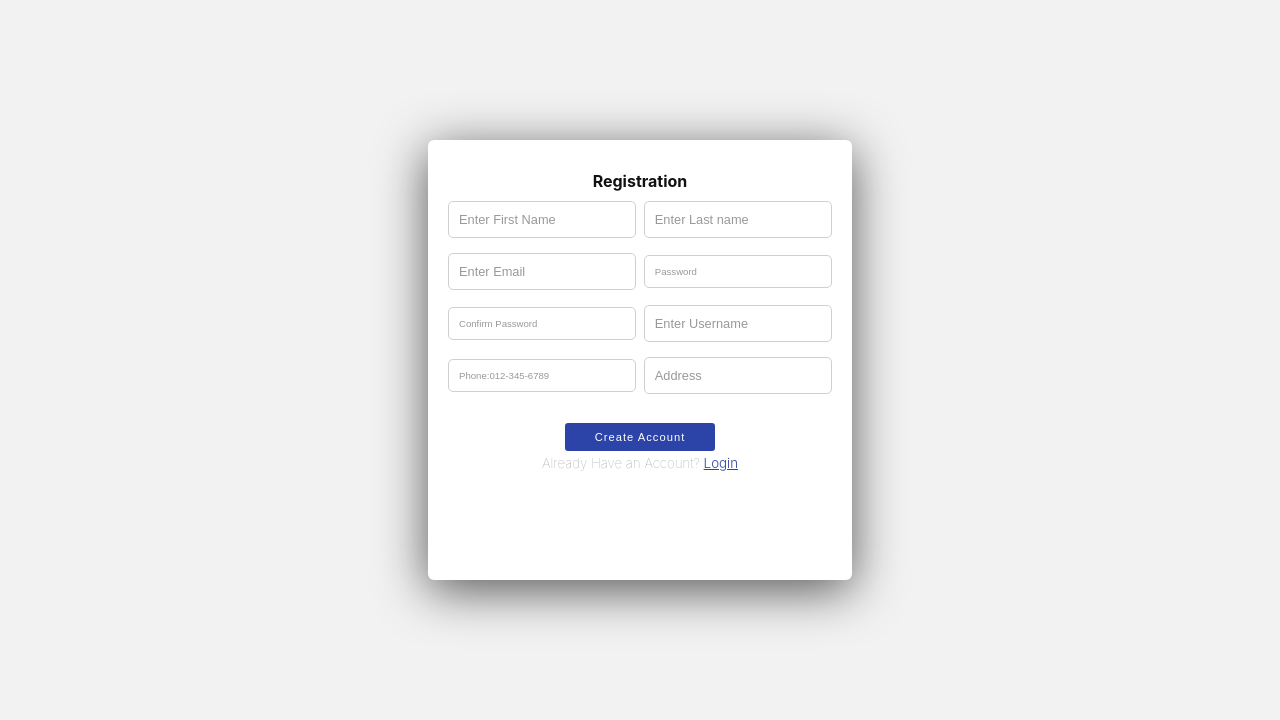
Repository: Fortune-Labs/Event-management-system-CapstoneG3
Page: /register (app in frontend/)
These files come from the project's save history. The page is drawn as it stood at one moment and after the next save; the edit follows.
The browser window is 1280 px wide. The pictures show the whole page.
The project was rebuilt for these pictures with package versions that can differ from the ones it lists, and the page was loaded fresh each time. Also part of the build but not shown: frontend/src/components/LoginSignup/errorMessages.js, frontend/src/components/LoginSignup/login.jsx, frontend/src/components/LoginSignup/verificationCode.jsx, frontend/src/components/LoginSignup/passwordReset.jsx, frontend/src/components/Home/style.css, frontend/src/components/Home/home.jsx, frontend/src/components/Events/initial.jsx.

Above is the page before, as saved 2020-09-19 03:09:04.

### frontend/src/App.js
import React from "react";
import "./App.css";
import Register from "./components/LoginSignup/register";
import Login from "./components/LoginSignup/login";
import PasswordReset from "./components/LoginSignup/passwordReset";
import { BrowserRouter, Switch, Route } from "react-router-dom";
import Home from "./components/Home/home";
import Initial from "./components/Events/initial";
// import user from "./components/Dashboard/user";

function App() {
  return (
    <div className="App">
      <BrowserRouter>
        <Switch>
          <Route exact path="/" name="Home" component={Home} />
          <Route exact path="/login" name="Login Page" component={Login} />
          <Route exact path="/passwordReset" component={PasswordReset} />
          <Route
            exact
            path="/register"
            name="Register Page"
            component={Register}
          />
          <Route exact path="/initial" component={Initial} />
        </Switch>
      </BrowserRouter>
    </div>
  );
}
export default App;

### frontend/src/components/LoginSignup/register.jsx
import React, { useRef, Component } from "react";
import { useForm } from "react-hook-form";
import "./style.css";
import ErrorMessage from "./errorMessages";
import { Link, useHistory } from "react-router-dom";

//Regular expression that holds email validation of form example@thismail.com
const emailRegex = RegExp(
  /^[a-zA-Z0-9.!#$%&’*+/=?^_`{|}~-]+@[a-zA-Z0-9-]+(?:\.[a-zA-Z0-9-]+)*$/
);
//Regular expression that holds phone number validation of form (000-000-0000)
const phoneRegex = RegExp(/^\(?([0-9]{3})\)?[-. ]?([0-9]{3})[-. ]?([0-9]{4})$/);

const UseFormFuction = () => {
  const { register, handleSubmit, errors, watch } = useForm();
  const password = useRef({});
  password.current = watch("password", "");
  const history = useHistory();

  const onSubmit = async (formData) => {
    console.log(formData);

    let url = "http://127.0.0.1:8000/api/register/";
    fetch(url, {
      method: "POST",
      headers: {
        "Content-type": "application/json",
      },
      body: JSON.stringify(formData),
    })
      .then((response) => response.json())
      .then((data) => {
        console.log("Registered Sucessfully", data);
        history.push("/initial");
      })
      .catch((error) => {
        console.error("Error:", error);
      });
  };

  return (
    <div className="wrapper">
      <div className="form-wrapper">
        <form onSubmit={handleSubmit(onSubmit)} className="register-form">
          <h1 className="register-header">Registration</h1>
          <div className="firstName">
            <input
              type="text"
              name="firstName"
              ref={register({ required: true, minLength: 3 })}
              placeholder="Enter First Name"
            />
            <ErrorMessage error={errors.firstName} />
          </div>
          <div className="lastName">
            <input
              type="text"
              name="lastName"
              ref={register({ required: true, minLength: 3 })}
              placeholder="Enter Last name"
            />
            <ErrorMessage error={errors.lastName} />
          </div>
          <div className="email">
            <input
              type="text"
              name="email"
              ref={register({
                required: true,
                pattern: {
                  value: emailRegex,
                  message: "invalid email address",
                },
              })}
              placeholder="Enter Email"
            />
            <ErrorMessage error={errors.email} />
          </div>
          <div className="password">
            <input
              type="password"
              name="password"
              placeholder="Password"
              ref={register({ required: true, maxLength: 8 })}
            />
            <ErrorMessage error={errors.password} />
          </div>
          <div className="cpassword">
            <input
              type="password"
              name="cpassword"
              ref={register({
                required: true,
                validate: (value) =>
                  value === password.current || "Passwords do not match.",
              })}
              placeholder="Confirm Password"
            />
            <ErrorMessage error={errors.cpassword} />
          </div>
          <div className="username">
            <input
              type="text"
              name="username"
              ref={register({ required: true, minLength: 3 })}
              placeholder="Enter Username"
            />
            <ErrorMessage error={errors.username} />
          </div>

          <div className="phone">
            <input
              type="tel"
              name="phone"
              placeholder="Phone:012-345-6789"
              ref={register({
                required: true,
                pattern: {
                  value: phoneRegex,
                  message: "invalid phone",
                },
              })}
            />
            <ErrorMessage error={errors.phone} />
          </div>
          <div className="address">
            <input
              type="text"
              name="address"
              ref={register({ required: true, maxLength: 20 })}
              placeholder="Address"
            />
            <ErrorMessage error={errors.address} />
          </div>

          <div className="register action-counter">
            <button type="submit" className="btn1">
              Create Account
            </button>
            <small>
              Already Have an Account? <Link to="Login">Login</Link>
            </small>
          </div>
        </form>
      </div>
    </div>
  );
};
//Components register
class Register extends Component {
  render() {
    return (
      <div>
        <UseFormFuction />
      </div>
    );
  }
}

export default Register;

### frontend/src/components/LoginSignup/style.css
.wrapper {
  height: 100vh;
  width: 100%;
  display: flex;
  flex-direction: column;
  justify-content: center;
  align-items: center;
  background-color: #f2f2f2;
  margin: 0;
}

.form-wrapper {
  min-height: 25rem;
  width: 30%;
  display: flex;
  flex-direction: column;
  padding: 20px;
  border-radius: 6px;
  box-shadow: 0px 10px 50px #555;
  background-color: #ffffff;
}

.register-header {
  text-align: center;
  width: 100%;
  color: #111;
  font-size: 16px;
  font-weight: bold;
  font-family: -apple-system, BlinkMacSystemFont, "Segoe UI", Roboto, Oxygen,
    Ubuntu, Cantarell, "Open Sans", "Helvetica Neue", sans-serif;
}

.register-form {
  width: 100%;
  display: flex;
  flex-wrap: wrap;
  align-items: center;
  justify-content: center;
}

label {
  font-size: 16px;
  margin-bottom: 0.09em;
  color: #222;
  font-weight: 12px;
  text-align: left;
}

input[type="text"],
select {
  padding: 10px 10px;
  border-radius: 5px;
  outline: none;
  border: 1px solid #cfcfcf;
  font-size: 0.8em;
}
input[type="password"] {
  padding: 10px 10px;
  border-radius: 5px;
  outline: none;
  border: 1px solid #cfcfcf;
  font-size: 0.6em;
}

input[type="tel"] {
  padding: 10px 10px;
  border-radius: 5px;
  outline: none;
  border: 1px solid #cfcfcf;
  font-size: 0.6em;
}
input::placeholder {
  font-size: 1em;
  font-weight: lighter;
  color: #999;
}

.firstName,
.email,
.cpassword,
.phone {
  margin-right: 1%;
}

.lastName,
.password,
.address,
.username {
  margin-left: 1%;
}

.firstName,
.lastName,
.email,
.password,
.cpassword,
.phone,
.address,
.username {
  display: flex;
  flex-direction: column;
  margin-bottom: 15px;
}

.firstName,
.lastName,
.email,
.password,
.cpassword,
.address,
.phone,
.username {
  width: 49%;
}

.register {
  width: 100%;
  display: flex;
  flex-direction: column;
  align-items: center;
}

.register button {
  background-color: #2c43a8;
  color: #fff;
  border: 2px solid #fff;
  border-radius: 5px;
  width: 40%;
  margin-top: 1em;
  padding: 8px 0px;
  font-size: 0.7em;
  font-weight: lighter;
  letter-spacing: 1px;
  margin-bottom: 0.25em;
  text-align: center;
}

.register button:hover {
  color: #519e8a;
  background-color: #fff;
  border: 2px solid #519e8a;
}

.register small {
  color: #999;
  font-weight: lighter;
}
/* Login style */

.login-wrapper {
  background-image: url("../Images/login-background.jpg");
  height: 100vh;
  width: 100%;
  display: flex;
  flex-direction: column;
  justify-content: center;
  align-items: center;
  background-size: cover;
  background-position: center;
  background-repeat: no-repeat;
  background-color: #f2f2f2;
  margin: 0;
  position: relative;
}

.login-form-wrapper {
  height: 60%;
  width: 50%;
  display: flex;
  position: absolute;
  right: 10%;
  margin-right: -25;
  top: 20%;
  margin-top: -25;
  overflow: hidden;
  flex-direction: column;
  padding: 20px;
  border-radius: 6px;
  box-shadow: 0px 10px 50px #555;
  background-color: #ffffff;
}

.login-header {
  text-align: center;
  width: 100%;
  color: #111;
  font-size: 20px;
  font-weight: bold;
  margin-top: 6%;
  font-family: -apple-system, BlinkMacSystemFont, "Segoe UI", Roboto, Oxygen,
    Ubuntu, Cantarell, "Open Sans", "Helvetica Neue", sans-serif;
}

.login-form-wrapper input {
  padding: 10px 10px;
  border-radius: 5px;
  outline: none;
  border: 1px solid #cfcfcf;
  font-size: 1em;
}

.login-form-wrapper input::placeholder {
  font-size: 1em;
  font-weight: lighter;
  color: #999;
}
.login-form {
  width: 100%;
  display: flex;
  flex-direction: column;
  align-items: center;
  justify-content: center;
}

.email,
.password {
  display: flex;
  flex-direction: column;
  margin-bottom: 15px;
  width: 49%;
  text-align: center;
  justify-content: center;
}

.login-form .password {
  margin-left: 0%;
}

.login {
  display: flex;
  flex-direction: row;
  margin-bottom: 10px;
  width: 49%;
}

.login button {
  background-color: #2c43a8;
  color: #fff;
  border: 2px solid #fff;
  border-radius: 5px;
  padding: 8px 10px;
  text-align: center;
  font-size: 0.8em;
  font-weight: lighter;
  letter-spacing: 1px;
  margin-bottom: 0.25em;
  justify-content: flex-end;
}

.btn {
  display: flex;
  justify-content: flex-end;
  align-items: flex-end;
  right: 0;
  width: 50%;
}
.reset-pwd {
  display: flex;
  width: 50%;
  align-items: flex-start;
}

.login button:hover {
  color: #519e8a;
  background-color: #fff;
  border: 2px solid #519e8a;
}

small {
  color: #999;
  font-weight: lighter;
}

/* general anchor tags */
a:link,
a:visited {
  color: #2c43a8;
  font-weight: 300;
}

a:hover,
a:active {
  color: #519e8a;
}

/* password reset */
.pwd-res-btn {
  display: flex;
  justify-content: flex-end;
  align-items: flex-end;
  right: 0;
  width: 50%;
}
.pwd-res-btn button {
  background-color: #2c43a8;
  color: #fff;
  border: 2px solid #fff;
  border-radius: 5px;
  padding: 8px 10px;
  text-align: center;
  font-size: 0.8em;
  font-weight: lighter;
  letter-spacing: 1px;
  margin-bottom: 0.25em;
  justify-content: flex-end;
}

/* Extra small devices (phones, 600px and down) */
@media only screen and (max-width: 480px) {
  .form-wrapper {
    /* height: 100%; */
    min-height: 15rem;
    width: 80%;
  }

  .login-from-wrapper {
    /* height: 100%; */
    min-height: 10rem;
    width: 80%;
    position: absolute;
  }
  .email,
  .password {
    width: 80%;
  }
}
@media only screen and (max-width: 770px) {
  .form-wrapper {
    height: 100%;
    /* min-height: 15rem; */
    margin-top: 2rem;
    width: 80%;
  }

  .login-form-wrapper {
    /* height: 100%; */
    min-height: 20rem;
    margin-top: 2rem;
    width: 80%;
  }
  .wrapper {
    height: 100%;
    padding: 2rem !important;
  }

  .login-wrapper {
    height: 100%;
    padding: 2rem !important;
  }
}

@media only screen and (max-width: 812px) {
  .form-wrapper {
    height: 100%;
    /* min-height: 15rem; */
    margin-top: 2rem;
    width: 80%;
  }
  .login-wrapper {
    height: 100%;
  }

  .login-form-wrapper {
    /* height: 100%; */
    min-height: 20rem;
    margin-top: 2rem;
    width: 80%;
  }
  .wrapper {
    height: 100%;
    padding: 0 0 5rem;
  }
  .login-wrapper {
    height: 100%;
    padding: 0 0 5rem;
  }
  .login-form-wrapper {
    /* height: 60%; */
    /* width: 50%; */
    /* display: flex; */
    /* overrding position  */
    position: static;
  }
}

### frontend/src/components/Events/style.css
@import url("https://fonts.googleapis.com/css2?family=Roboto+Condensed&display=swap");

.main-container {
  margin: 0;
  padding: 0;
  font-family: "Roboto Condensed", sans-serif;
}

.section {
  width: 100%;
  height: 100vh;
  background: url("../Images/page.jpg");
  background-size: cover;
}

.section .leftBox {
  width: 50%;
  height: 100%;
  float: left;
  padding: 50px;
  box-sizing: border-box;
}

.section .leftBox .content {
  color: #fff;
  background: rgba(0, 0, 0, 0.5);
  padding: 40px;
  transition: 0.5s;
}
.section .leftBox .content:hover {
  background: #e91e63;
}

.section .leftBox .content h1 {
  margin: 0;
  padding: 0;
  font-size: 50px;
  text-transform: uppercase;
}

.section .leftBox .content p {
  margin: 10px 0 0;
  padding: 0;
}

.section .events {
  position: relative;
  width: 50%;
  height: 100%;
  background: rgba(0, 0, 0, 0.5);
  float: right;
  box-sizing: border-box;
}
.section .events ul {
  position: absolute;
  top: 50%;
  transform: translateY(-50%);
  margin: 0;
  padding: 40px;
  box-sizing: border-box;
}
.section .events ul li {
  list-style: none;
  background: #fff;
  box-sizing: border-box;
  height: 200px;
  margin: 15px 0;
}
.section .events ul li .time {
  position: relative;
  padding: 20px;
  background: #262626;
  box-sizing: border-box;
  width: 30%;
  height: 100%;
  float: left;
  text-align: center;
  transition: 0.5s;
}
.section .events ul li:hover .time {
  background: #e91e63;
}
.section .events ul li .time h2 {
  position: absolute;
  margin: 0;
  padding: 0;
  top: 50%;
  left: 50%;
  transform: translate(-50%, -50%);
  color: #fff;
  font-size: 60px;
  line-height: 30px;
}
.section .events ul li .time h2 span {
  font-size: 30px;
}

.section .events ul li .details {
  padding: 20px;
  background: #fff;
  box-sizing: border-box;
  width: 70%;
  height: 100%;
  float: left;
}

.section .events ul li .details h3 {
  position: relative;
  margin: 0;
  padding: 0;
  font-size: 22px;
}

.section .events ul li .details p {
  position: relative;
  margin: 10px 0 0;
  padding: 0;
  font-size: 16px;
}

.section .events ul li .details a {
  display: inline-block;
  text-decoration: none;
  padding: 10px 15px;
  border: 2px solid #262626;
  margin-top: 15px;
  font-size: 18px;
  transition: 0.5s;
}
.section .events ul li .details a:hover {
  background: #e91e63;
  color: #fff;
  border-color: #e91e63;
}
@media (max-width: 991px) {
  .section {
    height: 100%;
    background-position: center;
  }
}

Loaded but not shown: frontend/public/index.html (common file); frontend/src/index.js (common file); frontend/src/index.css (common file); frontend/src/serviceWorker.js (common file); frontend/src/App.css (common file)

After the next save:
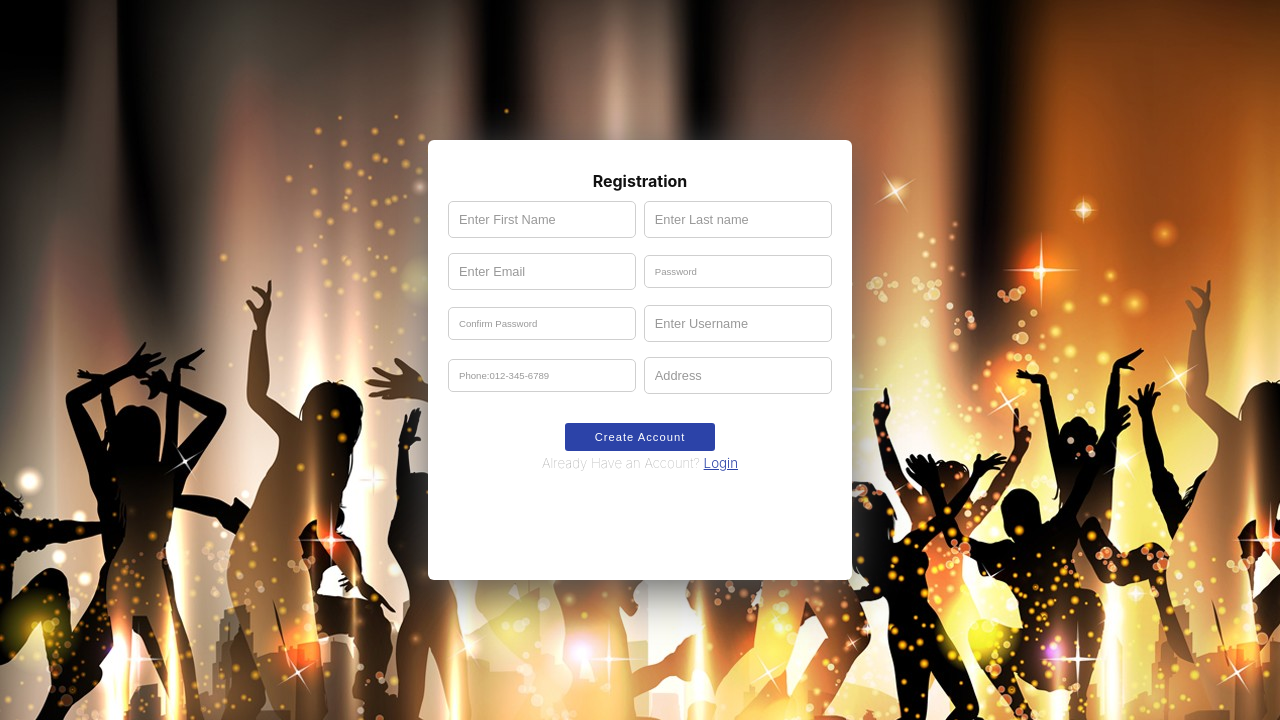
Saved 21 h 30 min later.
--- a/frontend/src/components/LoginSignup/style.css
+++ b/frontend/src/components/LoginSignup/style.css
@@ -1,6 +1,7 @@
 .wrapper {
   height: 100vh;
   width: 100%;
+  background-image: url("../Images/login-background.jpg");
   display: flex;
   flex-direction: column;
   justify-content: center;
